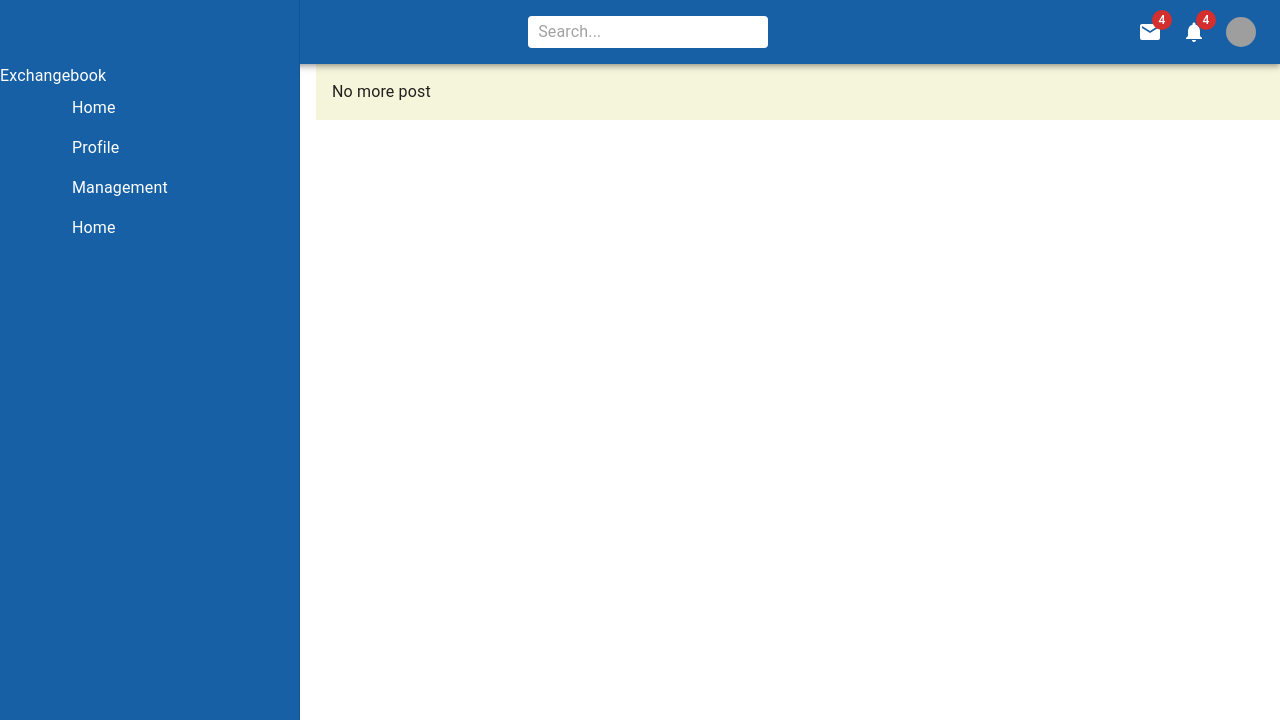
Repository: TrangPhuongLam07/exchangebookfrontend
Page: /
The author's editor kept a copy of each file at every save. The page is drawn from the files as they stood at one save, then again after a run of saves.
The browser window is 1280 px wide. The pictures show the whole page.
Pictures or frames that could not be fetched are drawn as grey boxes. The page's requests for data from a server got no answer. The project was rebuilt for these pictures with package versions that can differ from the ones it lists, and the page was loaded fresh each time. Some packages were replaced by stand-ins written for this rebuild. No one was signed in, and anything a server would have sent is missing. Also part of the build but not shown: craco.config.js, src/components/post/index.js. Imported but missing from the stored project, and not drawn on this page: src/pages/management/add-post, src/pages/management/update-post.

Above is the page before, as saved 2023-08-01 17:47:46.

After the next 2 saves:
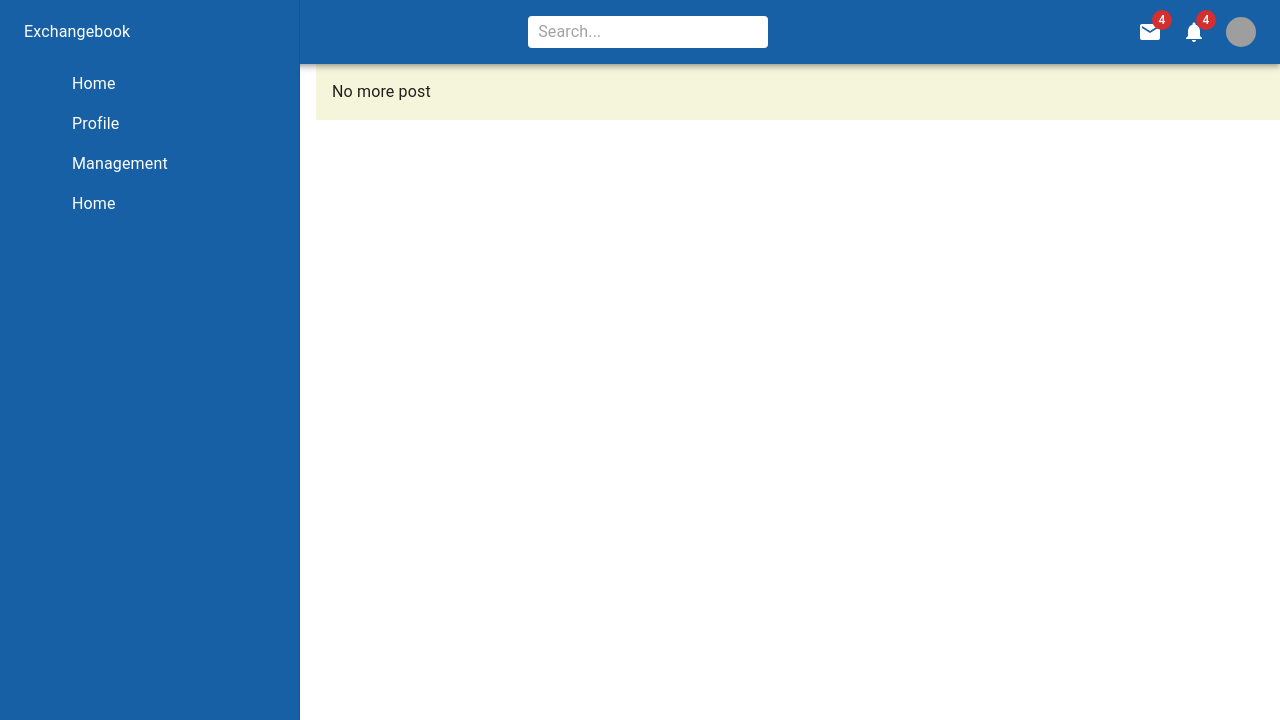
The 2 saves are shown as one change because they came seconds apart.
The last was saved 42 s later.
--- a/src/components/sidebar/index.js
+++ b/src/components/sidebar/index.js
@@ -89,13 +89,13 @@ const Sidebar = () => {
       }}
     >
       <List disablePadding>
-        <Toolbar />
-        <Stack
-          sx={{ width: "100%", direction: "row", justifyContent: "center" }}
-        >
-          Exchangebook
-        </Stack>
-
+        <Toolbar>
+          <Stack
+            sx={{ width: "100%", direction: "row", justifyContent: "center" }}
+          >
+            Exchangebook
+          </Stack>
+        </Toolbar>
         <ListItemButton>
           <ListItemIcon></ListItemIcon>
           Home
